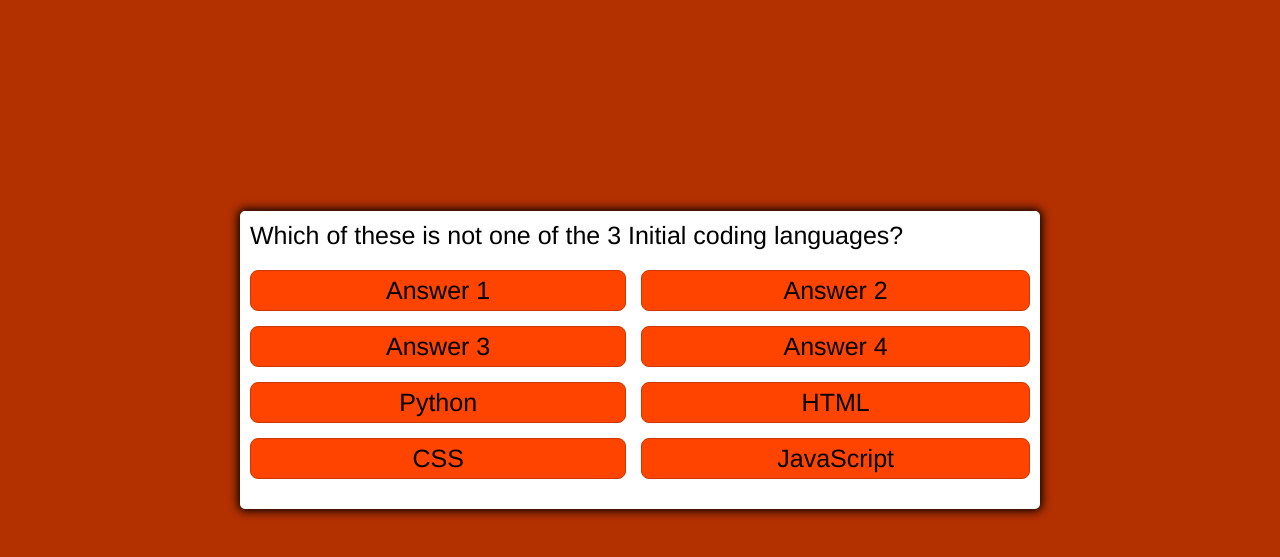
Repository: Vshepard879/Code-Quiz
Page: index.html
An editor plug-in stored every save of this project. The page is shown before and after the next save, followed by the edit.
The browser window is 1280 px wide. The pictures show the whole page.
After loading, the first visible `#start-btn` was clicked once.

Above is the page before, as saved 2022-03-18 03:43:22.

### index.html
<!DOCTYPE html>
<html lang="en">
<head>
    <meta charset="UTF-8">
    <meta http-equiv="X-UA-Compatible" content="IE=edge">
    <meta name="viewport" content="width=device-width, initial-scale=1.0">
    <link href="./assets/css/style.css" link rel="stylesheet">
    <script defer src="./assets/js/script.js"></script>
    <title>Quiz App</title>
</head>
<body>
    <div class="container">
        <div id="question-container" class="hide">
                <div id="question">Question</div>
                <div id="answer-buttons" class="btn-grid">
                <button class="btn">Answer 1</button>
                <button class="btn">Answer 2</button>
                <button class="btn">Answer 3</button>
                <button class="btn">Answer 4</button>
            </div>
        </div>
        <div class="controls">
            <button id="start-btn" class="start-btn btn">Start</button>
            <button id="next-btn" class="next-btn btn hide">Next</button>
        </div>
    </div>
</body>
</html>

### assets/css/style.css
*, *::before, *::after {
    box-sizing: border-box;
    font-family: 'Franklin Gothic Medium', 'Arial Narrow', Arial, sans-serif;
    font-size: 25px;
}

:root {
    --hue-neutral: 16;
    --hue-wrong: 0;
    --hue-correct: 145;
}

body {
    --hue: var(--hue-neutral);
    padding: 0;
    margin: 0;
    display: flex;
    width: 100vw;
    height: 100vh;
    justify-content:center;
    align-items:center;
    background-color:hsl(var(--hue), 100%, 35%);
}


body.correct {
    --hue: var(--hue-correct);
}

body.wrong {
    --hue: var(--hue-wrong);
}

.container {
    width: 800px;
    max-width: 70%;
    background-color: white;
    border-radius: 5px;
    padding: 10px;
    box-shadow: 0 0 10px 2px;
}

.btn-grid {
    display: grid;
    grid-template-columns: repeat(2, auto);
    gap: 15px;
    margin: 20px 0;
}


.btn {
    --hue: var(--hue-neutral);
    border: 1px solid hsl(var(--hue),100%, 40%);
    background-color: hsl(var(--hue), 100%, 50%);
    border-radius: 8px;
    padding: 5px 10px;
    color: black;
    outline: none;
}

.btn:hover {
    border-color: black;
}

.btn.correct {
    --hue: var(--hue-correct)
}

.btn.wrong {
    --hue: var(--hue-wrong)
}

.start-btn, .next-btn {
    font-size: 1.5rem;
    font-weight: bold;
    padding: 10px 20px;
}

.controls {
    display: flex;
    justify-content: center;
    align-items: center;
    gap: 5px;
}

.hide {
    display: none;
}

### assets/js/script.js
const startButton = document.getElementById('start-btn')
const questionContainerElement = document.getElementById('question-container')
const questionElement = document.getElementById( 'question')
const answerButtonsElement = document.getElementById('answer-buttons')
let shuffledQuestions, currentQuestionIndex

startButton.addEventListener('click', startQuiz)

function startQuiz() {
console.log('Started')
startButton.classList.add('hide')
 shuffledQuestions = questions.sort(() => Math.random() - .5)
currentQuestionIndex = 0
questionContainerElement.classList.remove('hide')
setNextQuestion()
}

function setNextQuestion() {
    showQuestion(shuffledQuestions[currentQuestionIndex])
    }
function showQuestion(question) {
    questionElement.innerText =question.question
    question.answers.forEach(answer => {
        const button = document.createElement('button')
        button.innerText = answer.text
        button.classList.add('btn')
      if   (answer.correct) {
          button.dataset.correct = answer.correct
      }
      button.addEventListener('click', selectAnswer)
      answerButtonsElement.appendChild(button)
    })
}

function resetState() {
    nextButton.classList.add(hide)
    while (answerButtonsElement.firstChild) {
        answerButtonsElement.removeChild
        (answerButtonsElement.firstChild)
    }
}
function selectAnswer() {

}


const questions = [
    {
        question: 'Which of these is not one of the 3 Initial coding languages?',
        answers: [
            { text:'Python', correct: true},
            { text:'HTML', correct: false},
            { text:'CSS', correct: false},
            { text:'JavaScript', correct: false},
        ]
    }
]

After the next save:
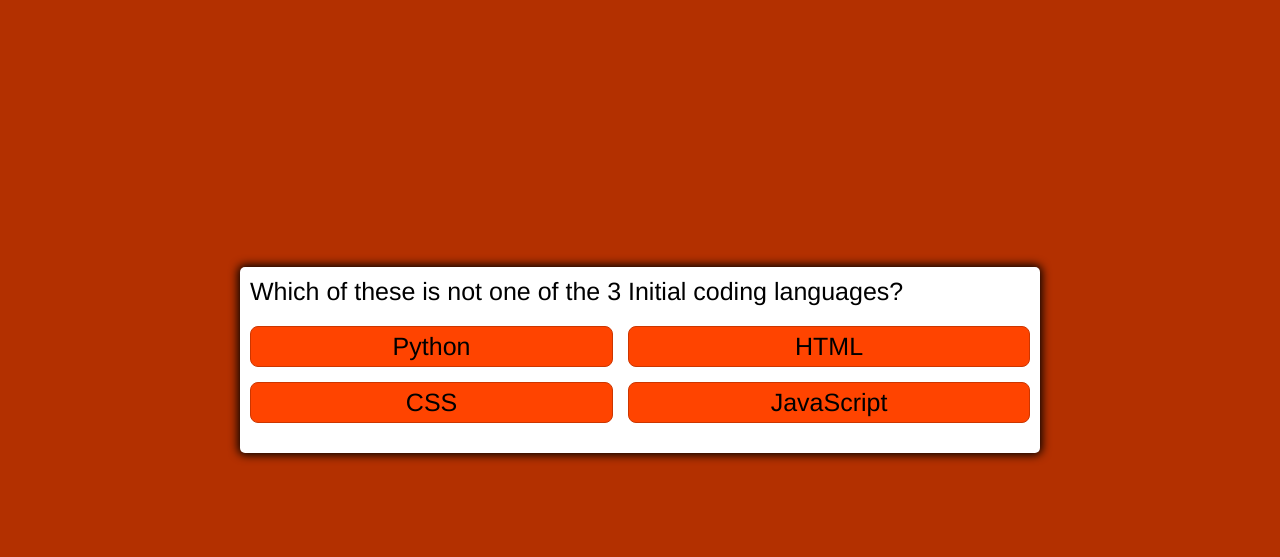
Saved 6 min 17 s later.
--- a/assets/js/script.js
+++ b/assets/js/script.js
@@ -1,4 +1,5 @@
 const startButton = document.getElementById('start-btn')
+const nextButton = document.getElementById('next-btn')
 const questionContainerElement = document.getElementById('question-container')
 const questionElement = document.getElementById( 'question')
 const answerButtonsElement = document.getElementById('answer-buttons')
@@ -16,6 +17,7 @@ setNextQuestion()
 }
 
 function setNextQuestion() {
+    resetState()
     showQuestion(shuffledQuestions[currentQuestionIndex])
     }
 function showQuestion(question) {
@@ -33,7 +35,7 @@ function showQuestion(question) {
 }
 
 function resetState() {
-    nextButton.classList.add(hide)
+    nextButton.classList.add('hide')
     while (answerButtonsElement.firstChild) {
         answerButtonsElement.removeChild
         (answerButtonsElement.firstChild)
